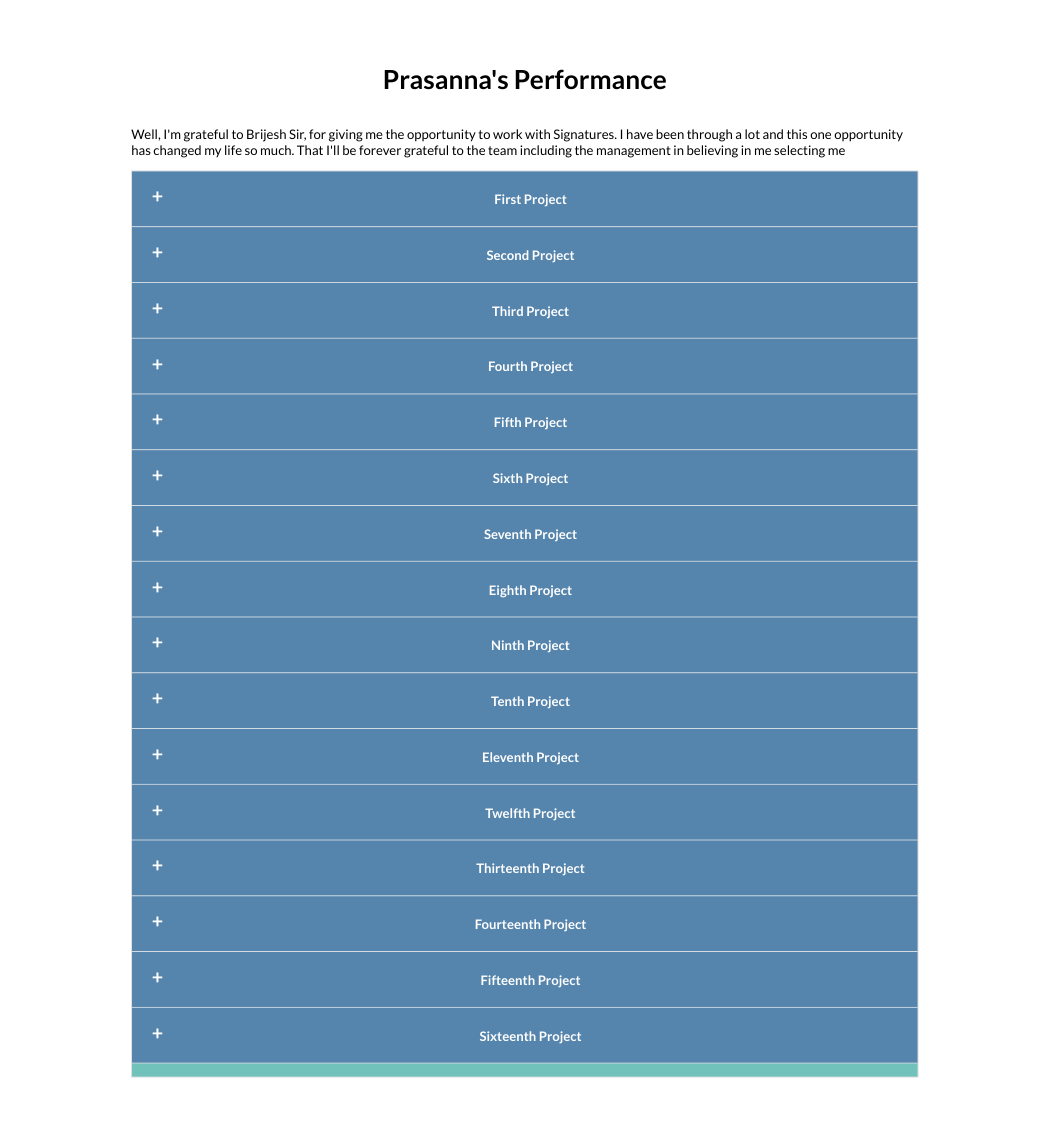
Repository: Imprasna/personalperform
Page: index.html
An editor plug-in stored every save of this project. The page is shown before and after a run of saves, followed by the edit.
The browser window is 1280 px wide. The pictures show the whole page, at 82% of full size.
The style sheet was rebuilt from its Sass, Less or Tailwind sources for each picture, by a compiler version that may differ from the author's.

Above is the page before, as saved 2021-12-30 22:52:42.

### index.html
<!DOCTYPE html>
<html lang="en">

<head>
    <meta charset="UTF-8">
    <meta http-equiv="X-UA-Compatible" content="IE=edge">
    <meta name="viewport" content="width=device-width, initial-scale=1.0">
    <link rel="stylesheet" href="css/accordion.css">
    <title>Prasanna's Performance Tests</title>
</head>

<body>
    <div class="container">
        <h1 class="heading-primary">Prasanna's Performance</h1>
        <p>Well, I'm grateful to Brijesh Sir, for giving me the opportunity to work with Signatures. I have been through a lot and this one opportunity has changed my life so much. That I'll be forever grateful to the team including the management in believing in me selecting me</p>
        <div class="accordion">
            <dl>
                <dt>
                    <a href="#accordion1" aria-expanded="false" aria-controls="accordion1"
                        class="accordion-title accordionTitle js-accordionTrigger">First Project</a>
                </dt>
                <dd class="accordion-content accordionItem is-collapsed" id="accordion1" aria-hidden="true">
                    <p>Project Name : Gedee Public School.</p>
                    <p>No. of Days: 6 Months.</p>
                    <p>ToolS Used: HTML / CSS / JavaScript.</p>
                    <p>The time I joined the Company, this has been the first project that has been handed to me. Since I had no touch to whatever I learnt previously. It took me nearly 6 months and also due to the delay of contents from the client it took me so long in getting this project completed.
                    </p>
                </dd>
                <dt>
                    <a href="#accordion2" aria-expanded="false" aria-controls="accordion2"
                        class="accordion-title accordionTitle js-accordionTrigger">
                        Second Project</a>
                </dt>
                <dd class="accordion-content accordionItem is-collapsed" id="accordion2" aria-hidden="true">
                    <p>Project Name : Signatures.</p>
                    <p>No. of Days: 18 Days.</p>
                    <p>ToolS Used: Webflow.</p>
                    <p>The time I joined the Company, this has been the first project that has been handed to me. Since I had no touch to whatever I learnt previously. It took me nearly 6 months and also due to the delay of contents from the client it took me so long in getting this project completed.
                    </p>
                </dd>

                <dt>
                    <a href="#accordion3" aria-expanded="false" aria-controls="accordion3"
                        class="accordion-title accordionTitle js-accordionTrigger">
                        Third Project
                    </a>
                </dt>
                <dd class="accordion-content accordionItem is-collapsed" id="accordion3" aria-hidden="true">
                    <p>Project Name : CMK.</p>
                    <p>No. of Days: 2 Weeks.</p>
                    <p>ToolS Used: Wordpress.</p>
                    <p>The time I joined the Company, this has been the first project that has been handed to me. Since I had no touch to whatever I learnt previously. It took me nearly 6 months and also due to the delay of contents from the client it took me so long in getting this project completed.
                    </p>
                </dd>

                <dt>
                    <a href="#accordion3" aria-expanded="false" aria-controls="accordion3"
                        class="accordion-title accordionTitle js-accordionTrigger">
                        Fourth Project
                    </a>
                </dt>
                <dd class="accordion-content accordionItem is-collapsed" id="accordion3" aria-hidden="true">
                    <p>Project Name : Triniva.</p>
                    <p>No. of Days: 10 Days.</p>
                    <p>ToolS Used: Wordpress.</p>
                    <p>The time I joined the Company, this has been the first project that has been handed to me. Since I had no touch to whatever I learnt previously. It took me nearly 6 months and also due to the delay of contents from the client it took me so long in getting this project completed.
                    </p>
                </dd>

                <dt>
                    <a href="#accordion3" aria-expanded="false" aria-controls="accordion3"
                        class="accordion-title accordionTitle js-accordionTrigger">
                        Fifth Project
                    </a>
                </dt>
                <dd class="accordion-content accordionItem is-collapsed" id="accordion3" aria-hidden="true">
                    <p>Project Name : CACPL - Landing.</p>
                    <p>No. of Days: Half-a-day.</p>
                    <p>ToolS Used: Wordpress.</p>
                    <p>The time I joined the Company, this has been the first project that has been handed to me. Since I had no touch to whatever I learnt previously. It took me nearly 6 months and also due to the delay of contents from the client it took me so long in getting this project completed.
                    </p>
                </dd>

                <dt>
                    <a href="#accordion3" aria-expanded="false" aria-controls="accordion3"
                        class="accordion-title accordionTitle js-accordionTrigger">
                        Sixth Project
                    </a>
                </dt>
                <dd class="accordion-content accordionItem is-collapsed" id="accordion3" aria-hidden="true">
                    <p>Project Name : CACPL.</p>
                    <p>No. of Days: 2 Days.</p>
                    <p>ToolS Used: Wordpress.</p>
                    <p>The time I joined the Company, this has been the first project that has been handed to me. Since I had no touch to whatever I learnt previously. It took me nearly 6 months and also due to the delay of contents from the client it took me so long in getting this project completed.
                    </p>
                </dd>

                <dt>
                    <a href="#accordion3" aria-expanded="false" aria-controls="accordion3"
                        class="accordion-title accordionTitle js-accordionTrigger">
                        Seventh Project
                    </a>
                </dt>
                <dd class="accordion-content accordionItem is-collapsed" id="accordion3" aria-hidden="true">
                    <p>Project Name : Consolidated One.</p>
                    <p>No. of Days: 4 Days.</p>
                    <p>ToolS Used: HTML / CSS / JavaScript.</p>
                    <p>The time I joined the Company, this has been the first project that has been handed to me. Since I had no touch to whatever I learnt previously. It took me nearly 6 months and also due to the delay of contents from the client it took me so long in getting this project completed.
                    </p>
                </dd>

                <dt>
                    <a href="#accordion3" aria-expanded="false" aria-controls="accordion3"
                        class="accordion-title accordionTitle js-accordionTrigger">
                        Eighth Project
                    </a>
                </dt>
                <dd class="accordion-content accordionItem is-collapsed" id="accordion3" aria-hidden="true">
                    <p>Project Name : Atlas Pain Care.</p>
                    <p>No. of Days: 5 Days.</p>
                    <p>ToolS Used: Wordpress.</p>
                    <p>The time I joined the Company, this has been the first project that has been handed to me. Since I had no touch to whatever I learnt previously. It took me nearly 6 months and also due to the delay of contents from the client it took me so long in getting this project completed.
                    </p>
                </dd>

                <dt>
                    <a href="#accordion3" aria-expanded="false" aria-controls="accordion3"
                        class="accordion-title accordionTitle js-accordionTrigger">
                        Ninth Project
                    </a>
                </dt>
                <dd class="accordion-content accordionItem is-collapsed" id="accordion3" aria-hidden="true">
                    <p>Project Name : LMW MTD.</p>
                    <p>No. of Days: 5 Days.</p>
                    <p>ToolS Used: HTML / CSS / JavaScript.</p>
                    <p>The time I joined the Company, this has been the first project that has been handed to me. Since I had no touch to whatever I learnt previously. It took me nearly 6 months and also due to the delay of contents from the client it took me so long in getting this project completed.
                    </p>
                </dd>

                <dt>
                    <a href="#accordion3" aria-expanded="false" aria-controls="accordion3"
                        class="accordion-title accordionTitle js-accordionTrigger">
                        Tenth Project
                    </a>
                </dt>
                <dd class="accordion-content accordionItem is-collapsed" id="accordion3" aria-hidden="true">
                    <p>Project Name : Lobien.</p>
                    <p>No. of Days: 3 Days.</p>
                    <p>ToolS Used: HTML / CSS / JavaScript.</p>
                    <p>The time I joined the Company, this has been the first project that has been handed to me. Since I had no touch to whatever I learnt previously. It took me nearly 6 months and also due to the delay of contents from the client it took me so long in getting this project completed.
                    </p>
                </dd>

                <dt>
                    <a href="#accordion3" aria-expanded="false" aria-controls="accordion3"
                        class="accordion-title accordionTitle js-accordionTrigger">
                        Eleventh Project
                    </a>
                </dt>
                <dd class="accordion-content accordionItem is-collapsed" id="accordion3" aria-hidden="true">
                    <p>Project Name : AJK Nursing Landing.</p>
                    <p>No. of Days: 3 Hours.</p>
                    <p>ToolS Used: HTML / CSS / JavaScript.</p>
                    <p>The time I joined the Company, this has been the first project that has been handed to me. Since I had no touch to whatever I learnt previously. It took me nearly 6 months and also due to the delay of contents from the client it took me so long in getting this project completed.
                    </p>
                </dd>

                <dt>
                    <a href="#accordion3" aria-expanded="false" aria-controls="accordion3"
                        class="accordion-title accordionTitle js-accordionTrigger">
                        Twelfth Project
                    </a>
                </dt>
                <dd class="accordion-content accordionItem is-collapsed" id="accordion3" aria-hidden="true">
                    <p>Project Name : Fenzgard.</p>
                    <p>No. of Days: 2 Days.</p>
                    <p>ToolS Used: HTML / CSS / JavaScript.</p>
                    <p>The time I joined the Company, this has been the first project that has been handed to me. Since I had no touch to whatever I learnt previously. It took me nearly 6 months and also due to the delay of contents from the client it took me so long in getting this project completed.
                    </p>
                </dd>

                <dt>
                    <a href="#accordion3" aria-expanded="false" aria-controls="accordion3"
                        class="accordion-title accordionTitle js-accordionTrigger">
                        Thirteenth Project
                    </a>
                </dt>
                <dd class="accordion-content accordionItem is-collapsed" id="accordion3" aria-hidden="true">
                    <p>Project Name : Ethinic.</p>
                    <p>No. of Days: 3 Days.</p>
                    <p>ToolS Used: HTML / CSS / JavaScript / Wordpress.</p>
                    <p>The time I joined the Company, this has been the first project that has been handed to me. Since I had no touch to whatever I learnt previously. It took me nearly 6 months and also due to the delay of contents from the client it took me so long in getting this project completed.
                    </p>
                </dd>

                <dt>
                    <a href="#accordion3" aria-expanded="false" aria-controls="accordion3"
                        class="accordion-title accordionTitle js-accordionTrigger">
                        Fourteenth Project
                    </a>
                </dt>
                <dd class="accordion-content accordionItem is-collapsed" id="accordion3" aria-hidden="true">
                    <p>Project Name : Bio-enercon.</p>
                    <p>No. of Days: 4 Days.</p>
                    <p>ToolS Used: HTML / CSS / JavaScript.</p>
                    <p>The time I joined the Company, this has been the first project that has been handed to me. Since I had no touch to whatever I learnt previously. It took me nearly 6 months and also due to the delay of contents from the client it took me so long in getting this project completed.
                    </p>
                </dd>

                <dt>
                    <a href="#accordion3" aria-expanded="false" aria-controls="accordion3"
                        class="accordion-title accordionTitle js-accordionTrigger">
                        Fifteenth Project
                    </a>
                </dt>
                <dd class="accordion-content accordionItem is-collapsed" id="accordion3" aria-hidden="true">
                    <p>Project Name : Suguna Groups.</p>
                    <p>No. of Days: 2 Days.</p>
                    <p>ToolS Used: HTML / CSS / JavaScript.</p>
                    <p>The time I joined the Company, this has been the first project that has been handed to me. Since I had no touch to whatever I learnt previously. It took me nearly 6 months and also due to the delay of contents from the client it took me so long in getting this project completed.
                    </p>
                </dd>

                <dt>
                    <a href="#accordion3" aria-expanded="false" aria-controls="accordion3"
                        class="accordion-title accordionTitle js-accordionTrigger">
                        Sixteenth Project
                    </a>
                </dt>
                <dd class="accordion-content accordionItem is-collapsed" id="accordion3" aria-hidden="true">
                    <p>Project Name : Sarvvam.</p>
                    <p>No. of Days: 2 Days (On Progress).</p>
                    <p>ToolS Used: HTML / CSS / JavaScript.</p>
                    <p>The time I joined the Company, this has been the first project that has been handed to me. Since I had no touch to whatever I learnt previously. It took me nearly 6 months and also due to the delay of contents from the client it took me so long in getting this project completed.
                    </p>
                </dd>

            </dl>
        </div>
    </div>

    <script src="app.js"></script>
</body>

</html>

### app.js
//uses classList, setAttribute, and querySelectorAll
//if you want this to work in IE8/9 youll need to polyfill these
(function(){
	var d = document,
	accordionToggles = d.querySelectorAll('.js-accordionTrigger'),
	setAria,
	setAccordionAria,
	switchAccordion,
  touchSupported = ('ontouchstart' in window),
  pointerSupported = ('pointerdown' in window);

  skipClickDelay = function(e){
    e.preventDefault();
    e.target.click();
  }

		setAriaAttr = function(el, ariaType, newProperty){
		el.setAttribute(ariaType, newProperty);
	};
	setAccordionAria = function(el1, el2, expanded){
		switch(expanded) {
      case "true":
      	setAriaAttr(el1, 'aria-expanded', 'true');
      	setAriaAttr(el2, 'aria-hidden', 'false');
      	break;
      case "false":
      	setAriaAttr(el1, 'aria-expanded', 'false');
      	setAriaAttr(el2, 'aria-hidden', 'true');
      	break;
      default:
				break;
		}
	};
//function
switchAccordion = function(e) {
  console.log("triggered");
	e.preventDefault();
	var thisAnswer = e.target.parentNode.nextElementSibling;
	var thisQuestion = e.target;
	if(thisAnswer.classList.contains('is-collapsed')) {
		setAccordionAria(thisQuestion, thisAnswer, 'true');
	} else {
		setAccordionAria(thisQuestion, thisAnswer, 'false');
	}
  	thisQuestion.classList.toggle('is-collapsed');
  	thisQuestion.classList.toggle('is-expanded');
		thisAnswer.classList.toggle('is-collapsed');
		thisAnswer.classList.toggle('is-expanded');

  	thisAnswer.classList.toggle('animateIn');
	};
	for (var i=0,len=accordionToggles.length; i<len; i++) {
		if(touchSupported) {
      accordionToggles[i].addEventListener('touchstart', skipClickDelay, false);
    }
    if(pointerSupported){
      accordionToggles[i].addEventListener('pointerdown', skipClickDelay, false);
    }
    accordionToggles[i].addEventListener('click', switchAccordion, false);
  }
})();

### accordion.scss

//updated ver
* {
    box-sizing:border-box;
  }
  @import url(https://fonts.googleapis.com/css?family=Lato:400,700);
  body {

    font-family:'Lato';
  }
  .heading-primary {
    font-size:2em;
    padding:1rem 0;
    text-align:center;
  }
  .accordion dl,
  .accordion-list {
     border:1px solid #ddd;
     &:after {
         content: "";
         display:block;
         height:1em;
         width:100%;
         background-color:darken(#95D1CC, 10%);
       }
  }
  .accordion dd,
  .accordion__panel {
     background-color:#eee;
     font-size:1em;
     line-height:1.5em;
     height: auto;
  }
  .accordion p {
    padding: .2rem;
  }

  .accordion {
      position:relative;
      background-color:#eee;
  }
  .container {
    max-width:960px;
    margin:0 auto;
    padding:2em 0 2em 0;
  }
  .accordionTitle,
  .accordion__Heading {
   background-color:#5584AC;
     text-align:center;
       font-weight:700;
            padding:1.5rem;
            display:block;
            text-decoration:none;
            color:#fff;
            transition:background-color 0.5s ease-in-out;
    border-bottom:1px solid darken(#fff, 5%);
    &:before {
     content: "+";
     font-size:1.5em;
     line-height:0.5em;
     float:left;
     transition: transform 0.3s ease-in-out;
    }
    &:hover {
      background-color:darken(#22577E, 10%);
    }
  }
  .accordionTitleActive,
  .accordionTitle.is-expanded {
     background-color:darken(#22577E, 10%);
     border-bottom:1px solid darken(#22577E, 5%);
      &:before {

        transform:rotate(-225deg);
      }
  }
  .accordionItem {
      height:auto;
      overflow:hidden;
      //SHAME: magic number to allow the accordion to animate

       max-height:50em;
      transition:max-height 1s;


      @media screen and (min-width:48em) {
           max-height:20em;
          transition:max-height 0.5s

      }


  }

  .accordionItem.is-collapsed {
      max-height:0;
  }
  .no-js .accordionItem.is-collapsed {
    max-height: auto;
  }
  .animateIn {
       animation: accordionIn 0.45s normal ease-in-out both 1;
  }
  .animateOut {
       animation: accordionOut 0.45s alternate ease-in-out both 1;
  }
  @keyframes accordionIn {
    0% {
      opacity: 0;
      transform:scale(0.9) rotateX(-60deg);
      transform-origin: 50% 0;
    }
    100% {
      opacity:1;
      transform:scale(1);
    }
  }

  @keyframes accordionOut {
      0% {
         opacity: 1;
         transform:scale(1);
       }
       100% {
            opacity:0;
             transform:scale(0.9) rotateX(-60deg);
         }
  }

After the next 5 saves:
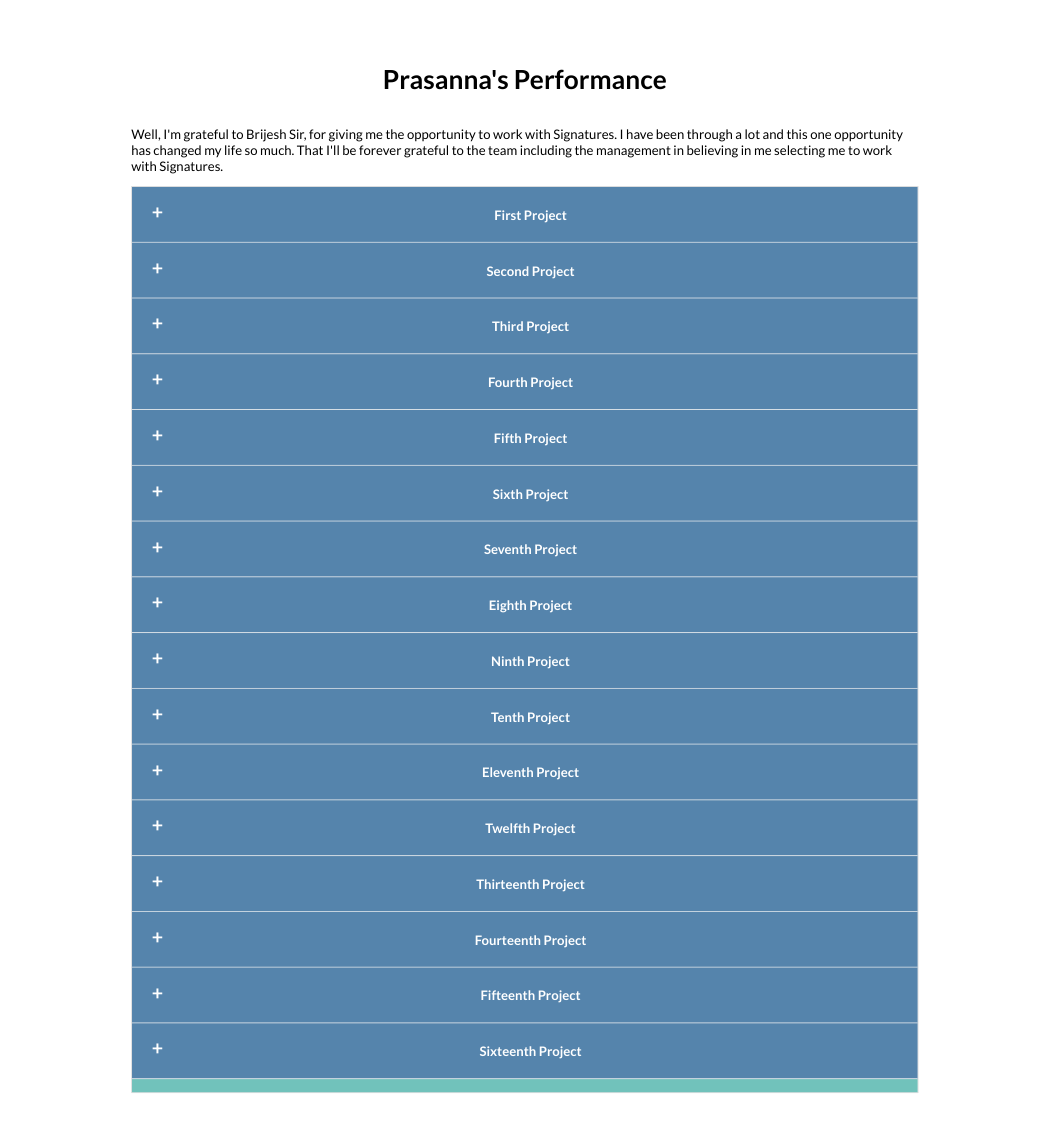
The 5 saves are shown as one change because they came seconds apart.
The last was saved 14 s later.
--- a/index.html
+++ b/index.html
@@ -12,7 +12,7 @@
 <body>
     <div class="container">
         <h1 class="heading-primary">Prasanna's Performance</h1>
-        <p>Well, I'm grateful to Brijesh Sir, for giving me the opportunity to work with Signatures. I have been through a lot and this one opportunity has changed my life so much. That I'll be forever grateful to the team including the management in believing in me selecting me</p>
+        <p>Well, I'm grateful to Brijesh Sir, for giving me the opportunity to work with Signatures. I have been through a lot and this one opportunity has changed my life so much. That I'll be forever grateful to the team including the management in believing in me selecting me to work with Signatures. </p>
         <div class="accordion">
             <dl>
                 <dt>
